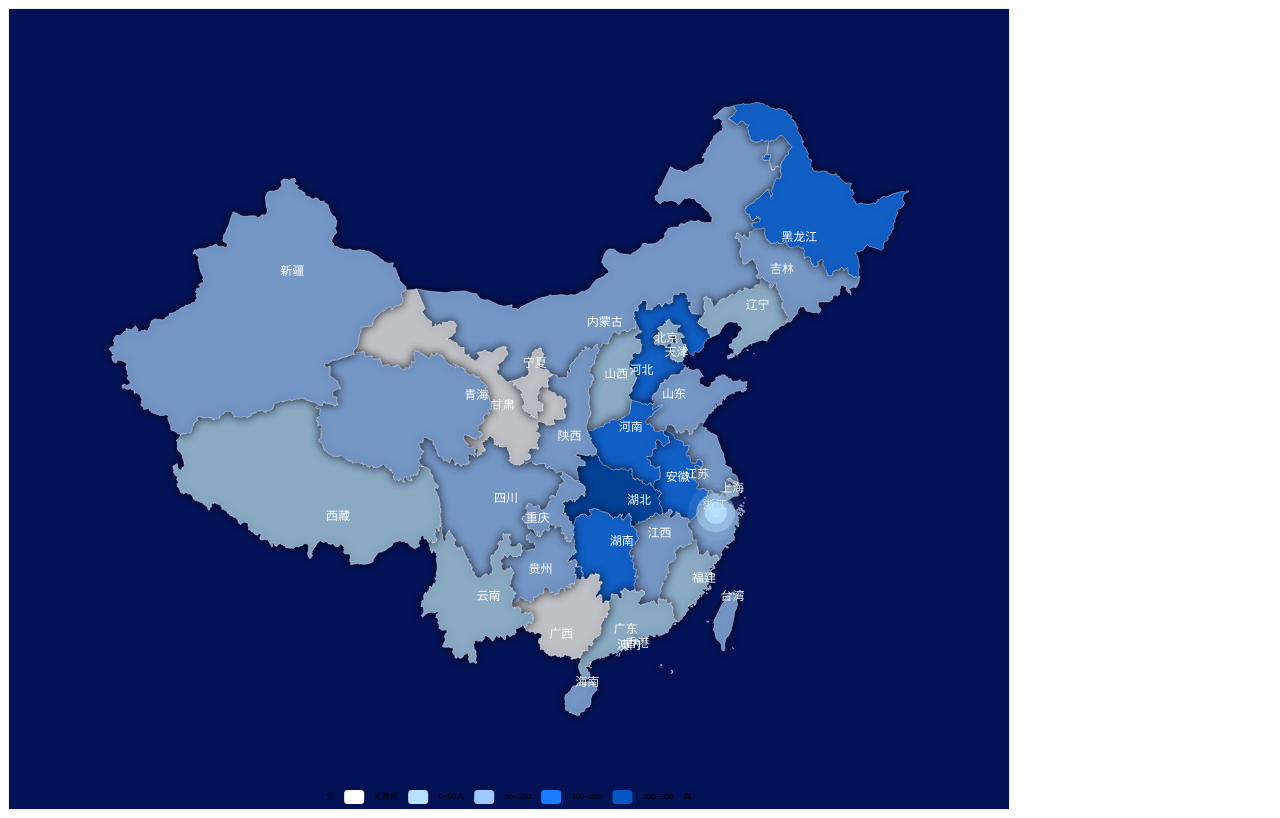
Repository: 572031690/echartssimple
Page: 21.地图常见效果_地图和散点图结合.html
These files come from the project's save history. The page is drawn as it stood at one moment and after the next save; the edit follows.
The browser window is 1280 px wide. The pictures show the whole page.

Above is the page before, as saved 2021-08-11 14:46:37.

After the next save:
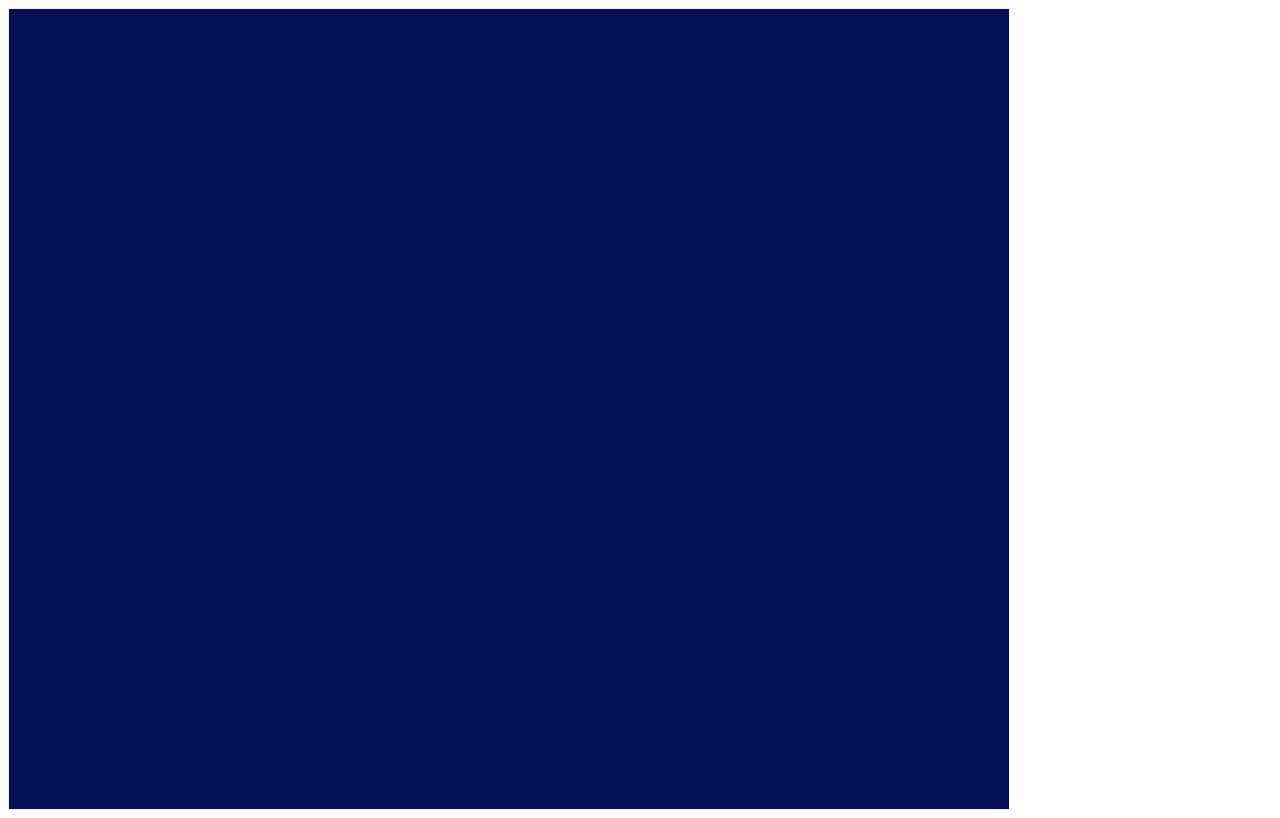
Console error: ReferenceError: item is not defined
Saved 75 s later.
--- a/21.地图常见效果_地图和散点图结合.html
+++ b/21.地图常见效果_地图和散点图结合.html
@@ -115,23 +115,100 @@
             }
           },
           {
-            data: scatterData, // 配置散点的坐标数据
-            type: 'effectScatter',
-            coordinateSystem: 'geo', // 指明散点使用的坐标系统  geo的坐标系统
-            rippleEffect: {
-              scale: 6 // 设置涟漪动画的缩放比例
-            },
-            tooltip: {
-              textStyle: {
-                fontSize:10,
-              },
-              // 利用formatter来自定义tooltip展示的数据
-              formatter: function (params,ticket,callback) {
-                console.log(params);
-                return '公司总部：杭州钢材科技公司'
-              }
-            }
-          }
+                        name: " 杭州 Top3",
+                        type: "lines",
+                        zlevel: 1,
+                        effect: {
+                            show: true,
+                            period: 6,
+                            trailLength: 0.7,
+                            color: "red", //arrow箭头的颜色
+                            symbolSize: 3
+                        },
+                        lineStyle: {
+                            normal: {
+                                color: '#a6c84c',
+                                width: 0,
+                                curveness: 0.2
+                            }
+                        },
+                        data: [{coords:[[91.1865, 30.1465],[116.4551, 40.2539]],fromName:"拉萨",toName:"北京",value:100}]
+                    },
+                    {
+                        name: " 杭州 Top3",
+                        type: "lines",
+                        zlevel: 2,
+                        symbol: ["none", "arrow"],
+                        symbolSize: 10,
+                        effect: {
+                            show: true,
+                            period: 6,
+                            trailLength: 0,
+                            symbol: 'arrow',
+                            symbolSize: 15
+                        },
+                        lineStyle: {
+                            normal: {
+                                color: '#a6c84c',
+                                width: 1,
+                                opacity: 0.6,
+                                curveness: 0.2
+                            }
+                        },
+                        data: [{coords:[[91.1865, 30.1465],[116.4551, 40.2539]],fromName:"拉萨",toName:"北京",value:100}]
+                    },
+                    {
+                        name: " 杭州 Top3",
+                        type: "effectScatter",
+                        coordinateSystem: "geo",
+                        zlevel: 2,
+                        rippleEffect: {
+                            brushType: "stroke"
+                        },
+                        label: {
+                            normal: {
+                                show: true,
+                                position: "right",
+                                formatter: "{b}"
+                            }
+                        },
+                        symbolSize: function (val) {
+                            return val[2] / 8;
+                        },
+                        itemStyle: {
+                            normal: {
+                                color: '#a6c84c'
+                            },
+                            emphasis: {
+                                areaColor: "#2B91B7"
+                            }
+                        },
+                        data: item[1].map(function (dataItem) {
+                          console.log('name:'+dataItem[1].name+' value:'+geoCoordMap[dataItem[1].name].concat([dataItem[1].value]));
+                            return {
+                                name: dataItem[1].name,
+                                value: geoCoordMap[dataItem[1].name].concat([dataItem[1].value])
+                            };
+                        })
+                    }
+          // {
+          //   data: scatterData, // 配置散点的坐标数据
+          //   type: 'effectScatter',
+          //   coordinateSystem: 'geo', // 指明散点使用的坐标系统  geo的坐标系统
+          //   rippleEffect: {
+          //     scale: 6 // 设置涟漪动画的缩放比例
+          //   },
+          //   tooltip: {
+          //     textStyle: {
+          //       fontSize:10,
+          //     },
+          //     // 利用formatter来自定义tooltip展示的数据
+          //     formatter: function (params,ticket,callback) {
+          //       console.log(params);
+          //       return '公司总部：杭州钢材科技公司'
+          //     }
+          //   }
+          // }
         ],
         visualMap: {
           // type: 'continuous',

After the 2 saves that followed:
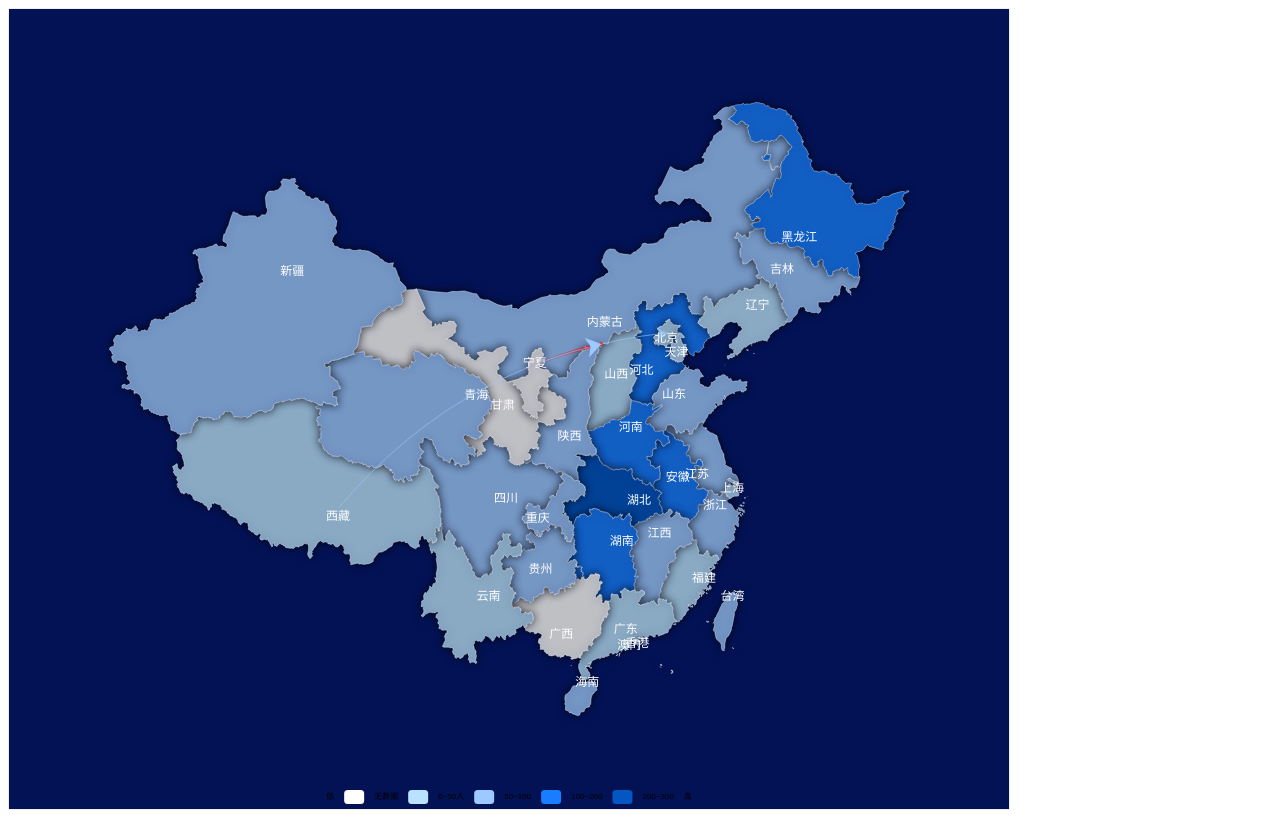
The error is gone.
The 2 saves are shown as one change because 1 left the picture as it was.
The last was saved 4 min 8 s later.
--- a/21.地图常见效果_地图和散点图结合.html
+++ b/21.地图常见效果_地图和散点图结合.html
@@ -183,13 +183,13 @@
                                 areaColor: "#2B91B7"
                             }
                         },
-                        data: item[1].map(function (dataItem) {
-                          console.log('name:'+dataItem[1].name+' value:'+geoCoordMap[dataItem[1].name].concat([dataItem[1].value]));
-                            return {
-                                name: dataItem[1].name,
-                                value: geoCoordMap[dataItem[1].name].concat([dataItem[1].value])
-                            };
-                        })
+                        data: [{name:'北京', value:'116.4551,40.2539,100'}]
+                        // item[1].map(function (dataItem) {
+                        //     return {
+                        //         name: dataItem[1].name,
+                        //         value: geoCoordMap[dataItem[1].name].concat([dataItem[1].value])
+                        //     };
+                        // })
                     }
           // {
           //   data: scatterData, // 配置散点的坐标数据
